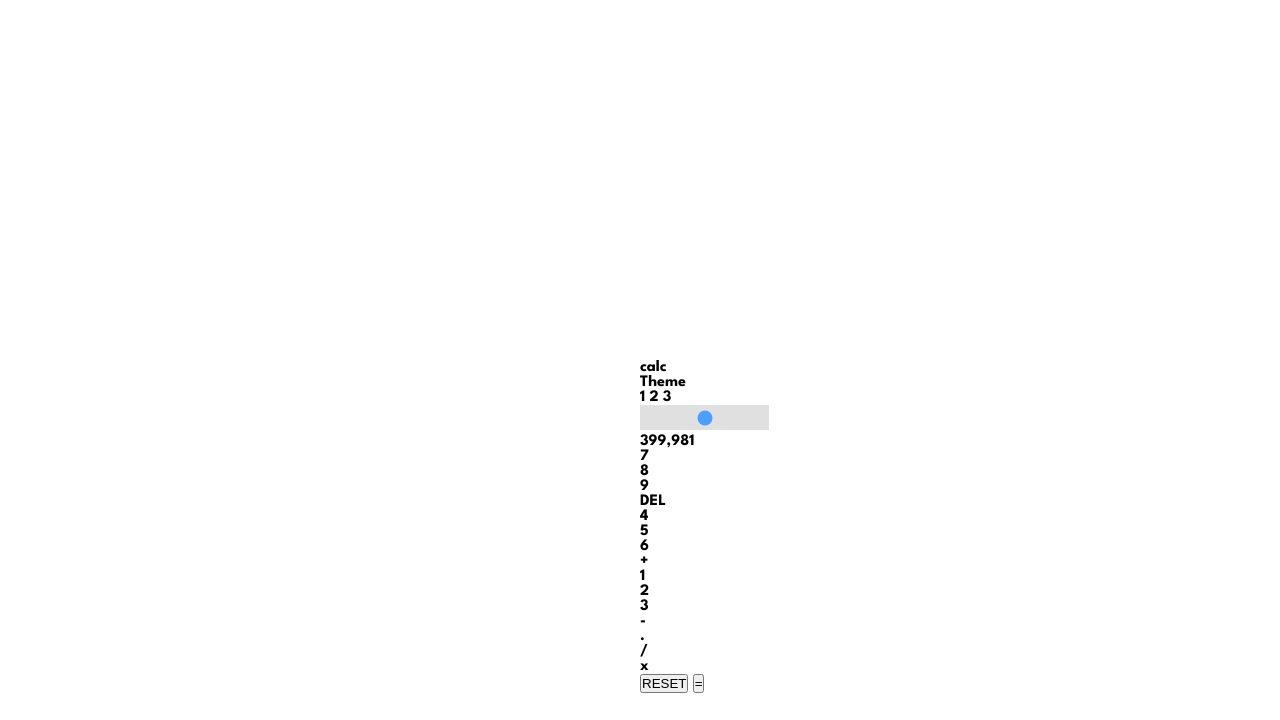
Repository: DevLaukey/calc-with-css-js
Page: index.html
The author's editor kept a copy of each file at every save. The page is drawn from the files as they stood at one save, then again after the next save.
The browser window is 1280 px wide. The pictures show the whole page.

Above is the page before, as saved 2022-05-18 12:18:57.

After the next save:
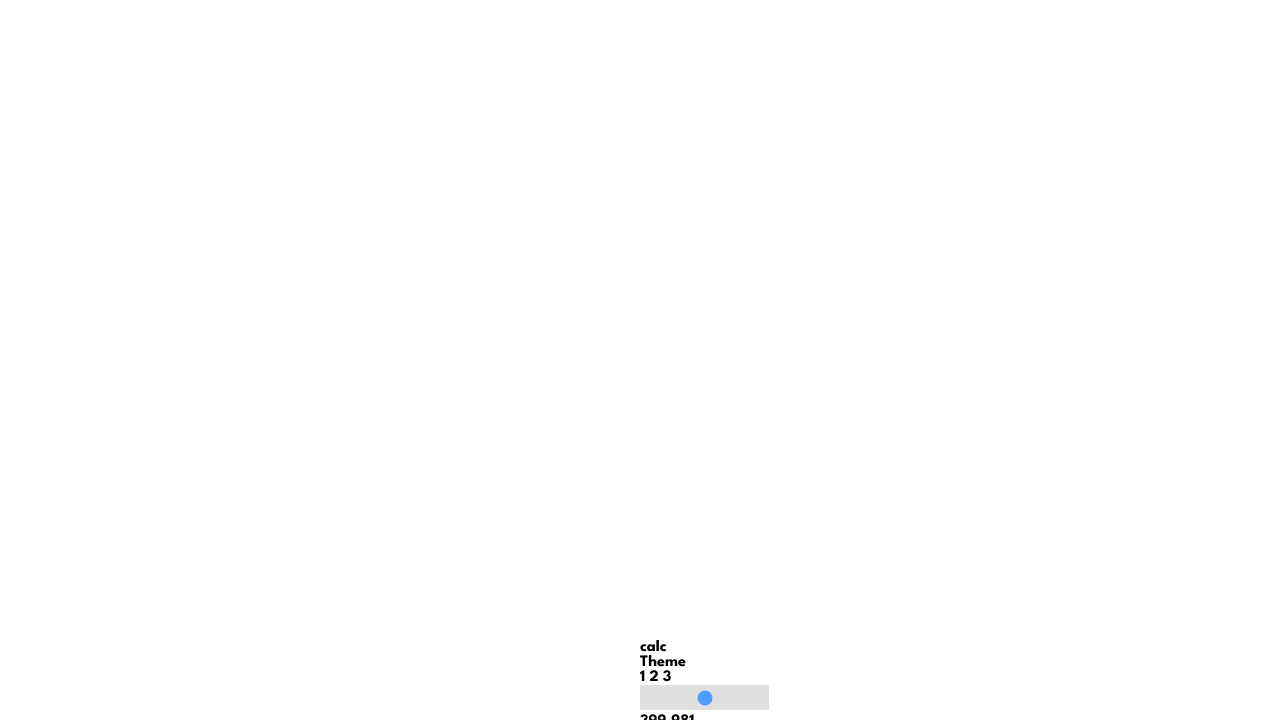
Saved 10 s later.
--- a/styles.css
+++ b/styles.css
@@ -6,7 +6,7 @@
 .body{
     font-family: 'League Spartan', sans-serif;
  position: fixed; /* or absolute */
-  top: 50%;
+  top: 50vw;
   left: 50%;
 }
 

After the 2 saves that followed:
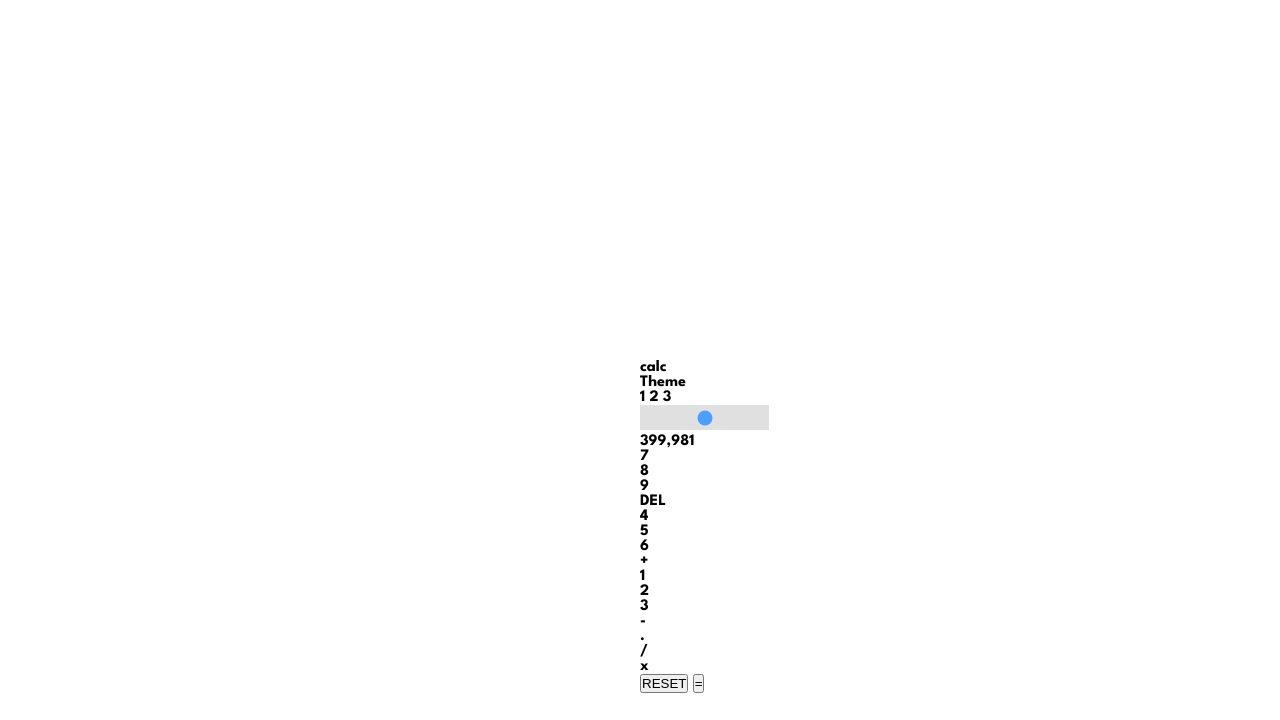
The 2 saves are shown as one change because 1 left the picture as it was.
The last was saved 16 s later.
--- a/styles.css
+++ b/styles.css
@@ -6,8 +6,8 @@
 .body{
     font-family: 'League Spartan', sans-serif;
  position: fixed; /* or absolute */
-  top: 50vw;
-  left: 50%;
+  top: 50%;
+  left: 50vw;
 }
 
 
